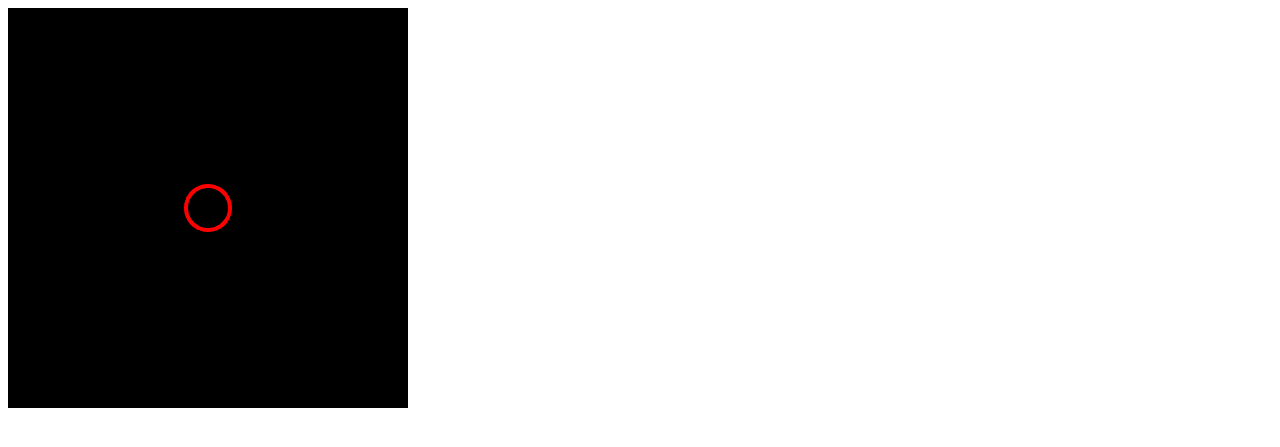
Repository: ChristeZeng/ComputerGraphics
Page: Lab2/Test.html
An editor plug-in stored every save of this project. The page is shown before and after the next save, followed by the edit.
The browser window is 1280 px wide. The pictures show the whole page.

Above is the page before, as saved 2021-10-03 16:21:36.

After the next save:
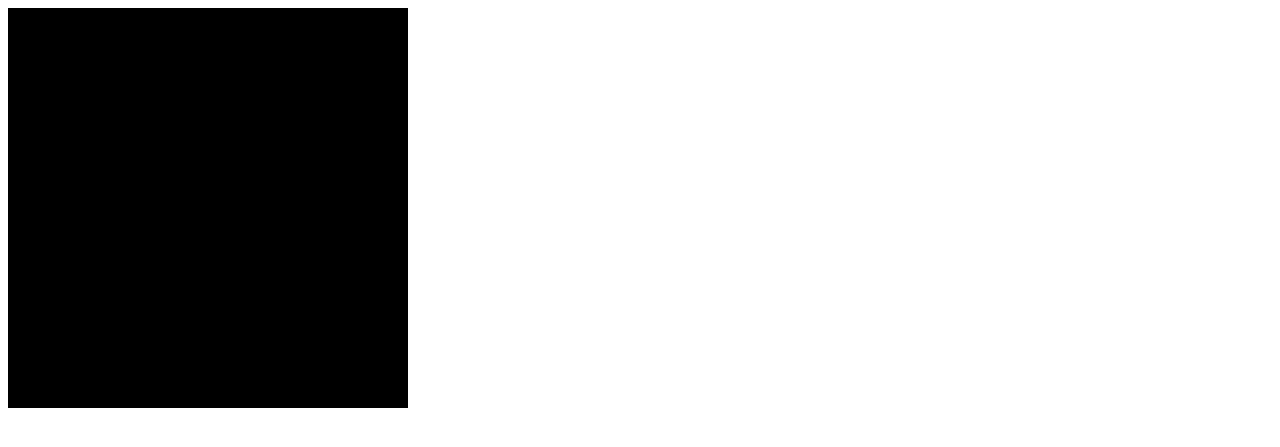
Saved 10 min 30 s later.
--- a/Lab2/Test.js
+++ b/Lab2/Test.js
@@ -19,9 +19,11 @@
     `;
 
     const fsSource = `
+        precision mediump float;
+        uniform vec3 color;
         void main()
         {
-            gl_FragColor = vec4(1.0, 0.0, 0.0, 1.0);
+            gl_FragColor = vec4(color, 1.0);
         }
     `;
 

After the 5 saves that followed:
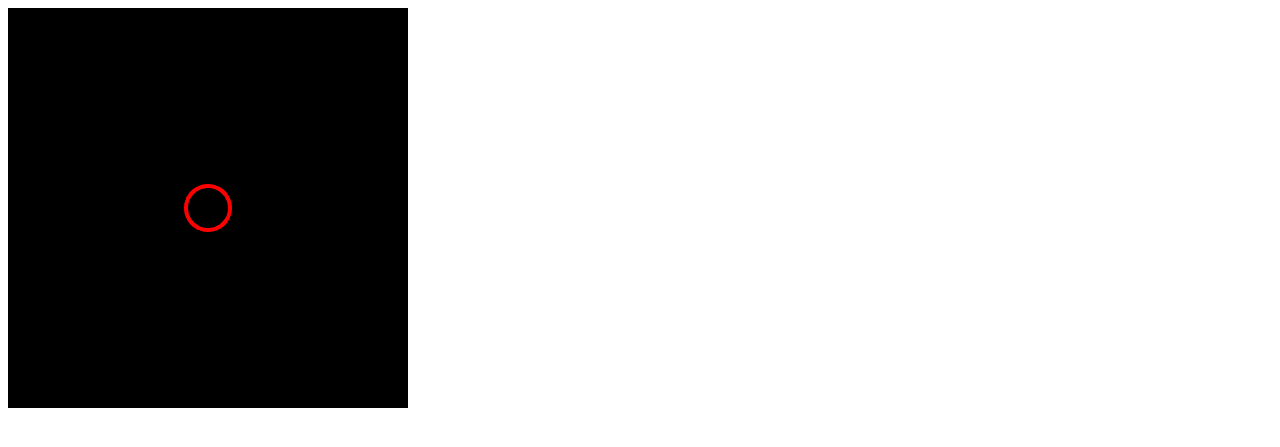
The 5 saves are shown as one change because 4 left the picture as it was.
The last was saved 10 min 1 s later.
--- a/Lab2/Test.js
+++ b/Lab2/Test.js
@@ -1,3 +1,6 @@
+const red = [1.0, ];
+
+
 function main()
 {
     //获取canvas元素
@@ -23,7 +26,7 @@
         uniform vec3 color;
         void main()
         {
-            gl_FragColor = vec4(color, 1.0);
+            gl_FragColor = vec4(1.0, 0.0, 0.0, 1.0);
         }
     `;
 
@@ -31,8 +34,27 @@
     const shaderProgram = initShaderProgram(gl, vsSource, fsSource);
 
     var position = gl.getAttribLocation(shaderProgram, 'position');
+    var color = gl.getUniformLocation(shaderProgram, 'color');
+    var N = 100;
+    var vertices = [];
+    var r_inner = 0.1;
+    var r_outter = 0.12;
+
+    for (var i = 0; i <= N; i++)
+    {
+        var theta = i * 2 * Math.PI / N;
+        var x_inner = r_inner * Math.sin(theta);
+        var y_inner = r_inner * Math.cos(theta);
+        var x_outter = r_outter * Math.sin(theta);
+        var y_outter = r_outter * Math.cos(theta);
+        vertices.push(x_inner, y_inner);
+        vertices.push(x_outter, y_outter);
+    }
+    alert("1");
+    //gl.uniform3f(color, 1.0, 0.0, 0.0);
+    alert(color);
     //设置顶点缓冲区
-    const buffers = initBuffers(gl);
+    const buffers = initBuffers(gl, vertices);
     //绘制图像
     drawBasic(gl, buffers, position, shaderProgram);
 
@@ -76,24 +98,8 @@
     return shader;
 }
 
-function initBuffers(gl)
+function initBuffers(gl, vertices)
 {
-    var N = 100;
-    var vertices = [];
-    var r_inner = 0.1;
-    var r_outter = 0.12;
-
-    for (var i = 0; i <= N; i++)
-    {
-        var theta = i * 2 * Math.PI / N;
-        var x_inner = r_inner * Math.sin(theta);
-        var y_inner = r_inner * Math.cos(theta);
-        var x_outter = r_outter * Math.sin(theta);
-        var y_outter = r_outter * Math.cos(theta);
-        vertices.push(x_inner, y_inner);
-        vertices.push(x_outter, y_outter);
-    }
-
     // for (var i = 0; i <= N; i++)
     // {
     //     var theta = i * 2 * Math.PI / N;
